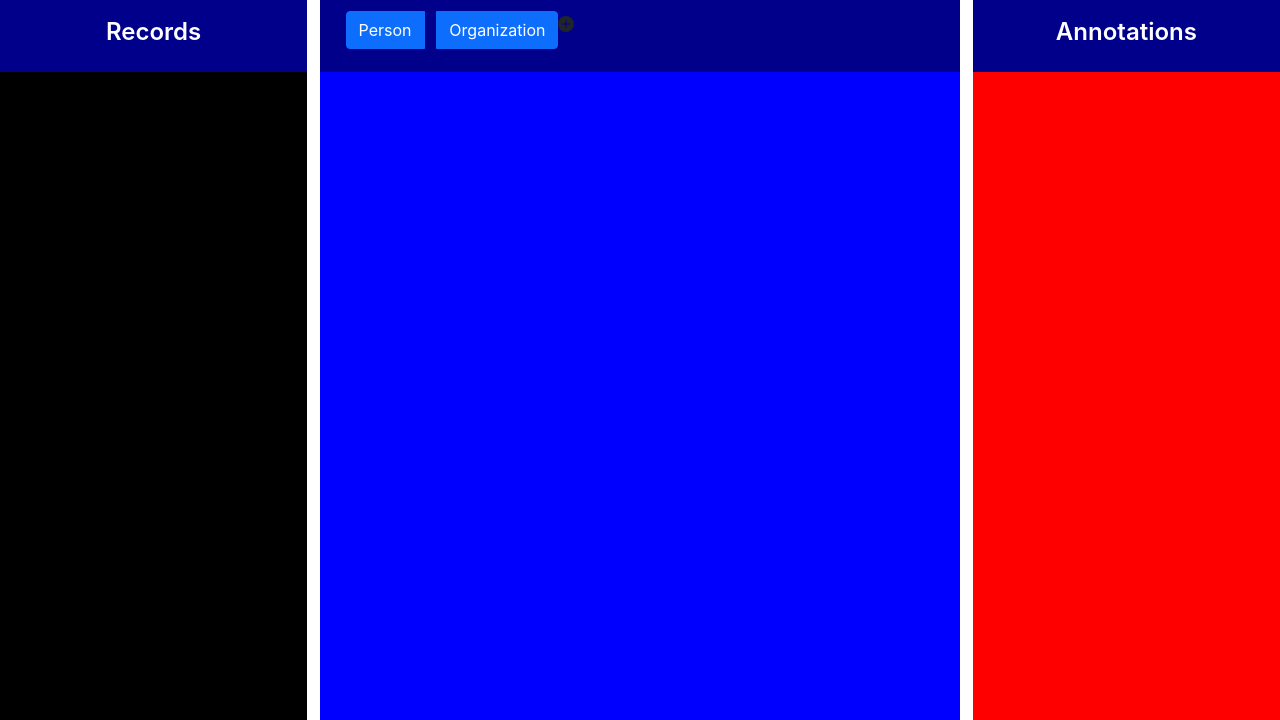
Repository: napan24/classforma_assignment
Page: / (app in client/)
These files come from the project's save history. The page is drawn as it stood at one moment and after the next save; the edit follows.
The browser window is 1280 px wide. The pictures show the whole page.
The project was rebuilt for these pictures with package versions that can differ from the ones it lists, and the page was loaded fresh each time. Also part of the build but not shown: client/src/App.css.

Above is the page before, as saved 2022-07-19 17:05:05.

After the next save:
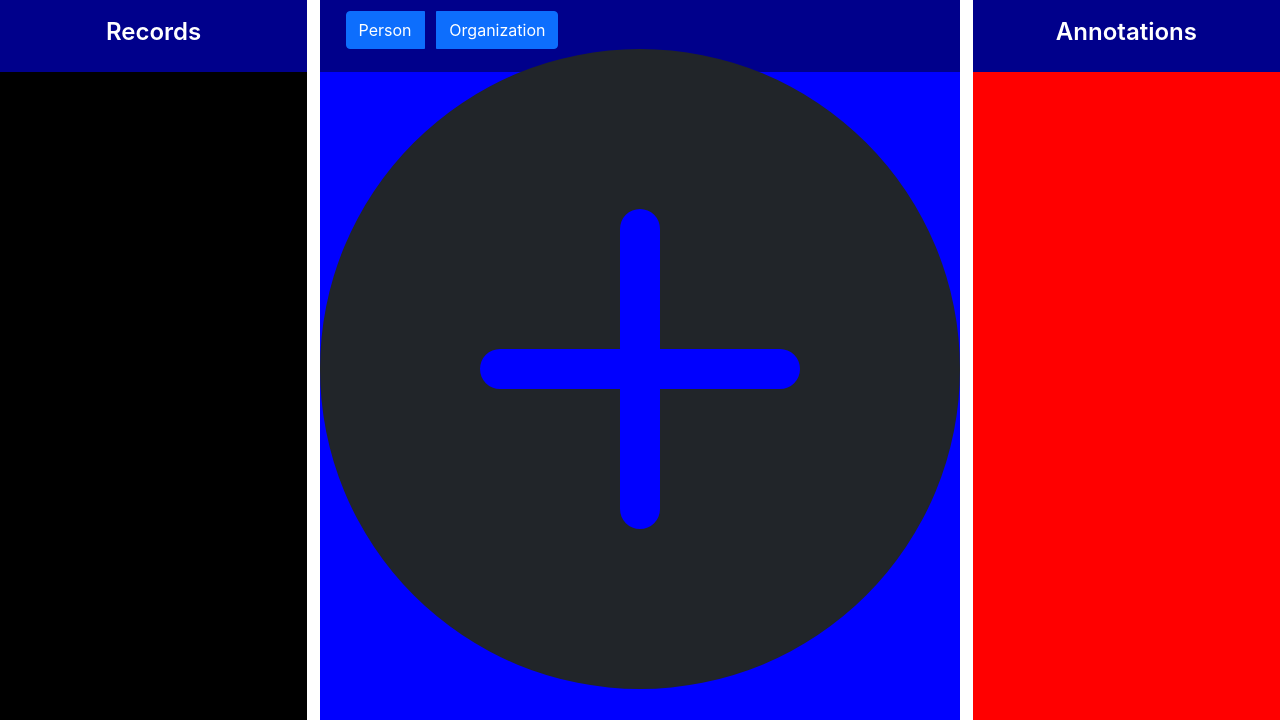
Saved 8 s later.
--- a/client/src/Home.js
+++ b/client/src/Home.js
@@ -20,7 +20,7 @@
                             <button type="button" class="btn btn-primary" style={{ marginRight: "1vw" }}>Person</button>
                             <button type="button" class="btn btn-primary">Organization</button>
                         </div>
-                        <svg xmlns="http://www.w3.org/2000/svg" width="16" height="16" fill="currentColor" class="bi bi-plus-circle-fill" viewBox="0 0 16 16">
+                        <svg xmlns="http://www.w3.org/2000/svg" fill="currentColor" class="bi bi-plus-circle-fill" viewBox="0 0 16 16">
                             <path d="M16 8A8 8 0 1 1 0 8a8 8 0 0 1 16 0zM8.5 4.5a.5.5 0 0 0-1 0v3h-3a.5.5 0 0 0 0 1h3v3a.5.5 0 0 0 1 0v-3h3a.5.5 0 0 0 0-1h-3v-3z" />
                         </svg>
                     </div>

After the save that followed:
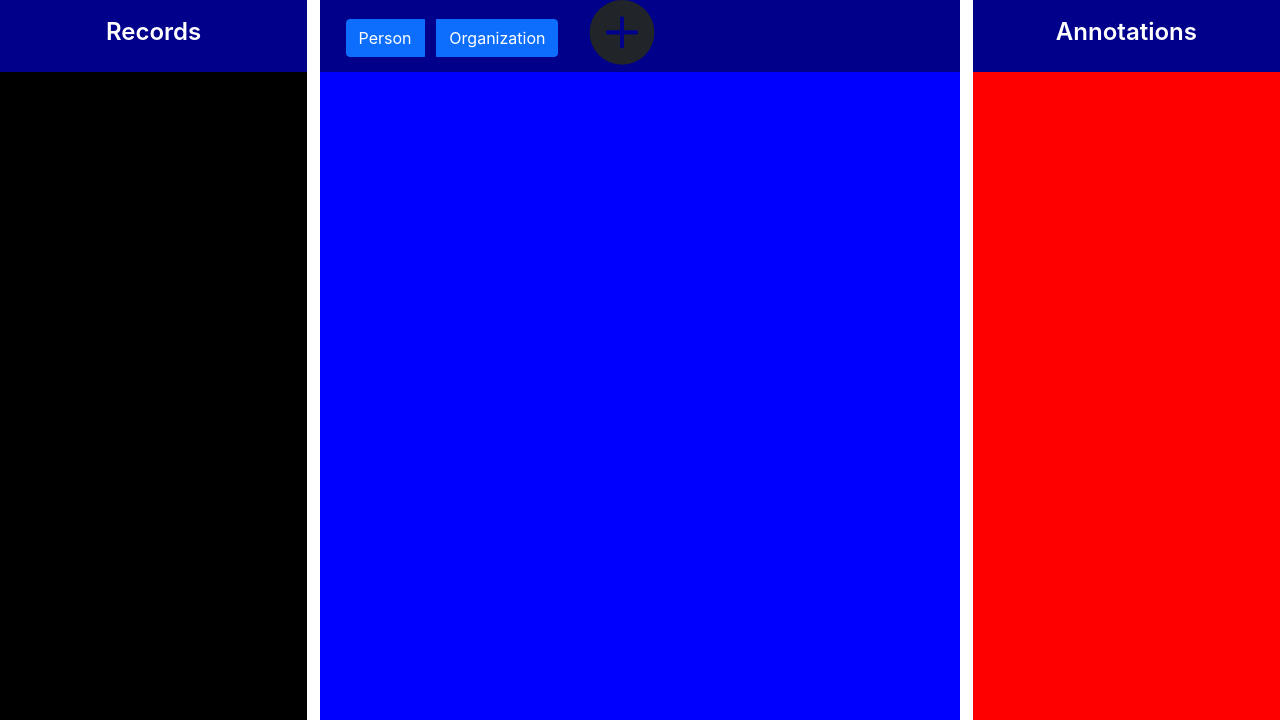
Saved 19 s later.
--- a/client/src/Home.js
+++ b/client/src/Home.js
@@ -20,7 +20,7 @@
                             <button type="button" class="btn btn-primary" style={{ marginRight: "1vw" }}>Person</button>
                             <button type="button" class="btn btn-primary">Organization</button>
                         </div>
-                        <svg xmlns="http://www.w3.org/2000/svg" fill="currentColor" class="bi bi-plus-circle-fill" viewBox="0 0 16 16">
+                        <svg style={{width:"20%",height:"90%"}} xmlns="http://www.w3.org/2000/svg" fill="currentColor" class="bi bi-plus-circle-fill" viewBox="0 0 16 16">
                             <path d="M16 8A8 8 0 1 1 0 8a8 8 0 0 1 16 0zM8.5 4.5a.5.5 0 0 0-1 0v3h-3a.5.5 0 0 0 0 1h3v3a.5.5 0 0 0 1 0v-3h3a.5.5 0 0 0 0-1h-3v-3z" />
                         </svg>
                     </div>
